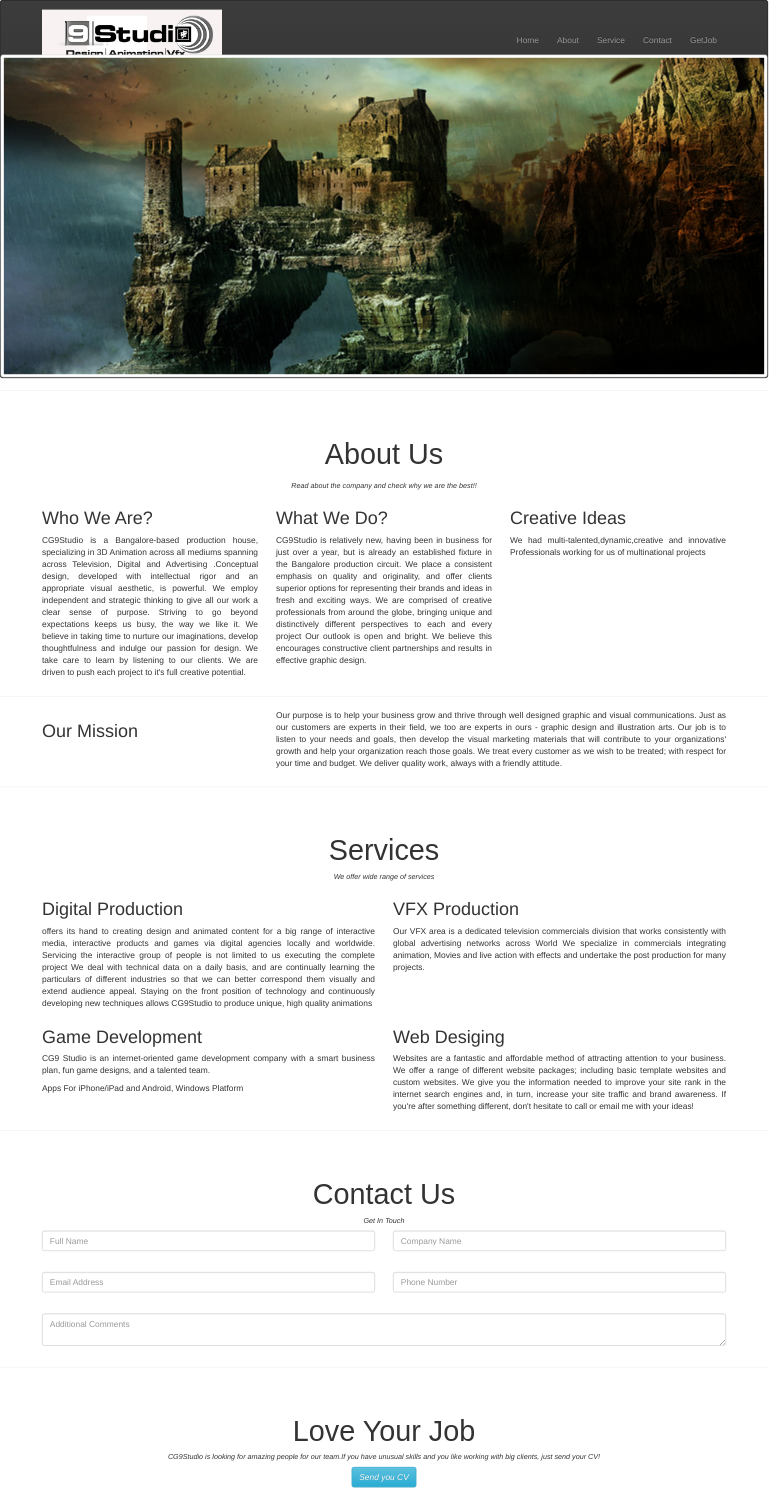
Repository: deepak6sp/BootstrapTheme1
Page: 9studio/WebContent/index.html
These files come from the project's save history. The page is drawn as it stood at one moment and after the next save; the edit follows.
The browser window is 1280 px wide. The page is 1295 px wide, so the pictures cover 1295 px, including what lies to the right of the window. The pictures show the whole page, at 60% of full size.
Some web libraries are served in a nearby version.

Above is the page before, as saved 2014-07-23 13:42:51.

### 9studio/WebContent/index.html
<!DOCTYPE html>
<html>
<head>
<meta charset="ISO-8859-1">
<title>Welcome To 9Studio</title>
<link rel="stylesheet" type="text/css" href="css/style.css">
<link rel="stylesheet" type="text/css" href="css/bootstrap.min.css">
<link rel="stylesheet" type="text/css" href="css/bootstrap-theme.min.css">
</head>
<body>
	<header class="navbar navbar-inverse">
		<div class="container">
			<div class="navbar-header">
				<a class="navbar-brand" href="#" title="9studio"><img src="images/logo.jpg"></a>
				<button class="navbar-toggle" data-toggle="collapse" data-target="#navheaderCollapse">
					<span class="icon-bar"></span>
			        <span class="icon-bar"></span>
			        <span class="icon-bar"></span>
	      		</button>
	      	</div>
	      	<br></br>
      		<div class="collapse navbar-collapse navbar-collapse-top" id="navheaderCollapse">
				<ul class="nav navbar-nav navbar-right" >
					<li><a href="#">Home</a></li>
					<li><a href="#about-us">About</a></li>
					<li><a href="#service">Service</a></li>
					<li><a href="#contact">Contact</a></li>
					<li><a href="#getjob">GetJob</a></li>
				</ul>
			</div>
		</div>
		<img src="images/home1.jpg" class="img-thumbnail">
	</header>
	<hr><br></br>
		<section id="about-us">
			<div class="container">
				<div class="row text-center"><h1>About Us</h1></div>
				<div class="row text-center"><h6>Read about the company and check why we are the best!!</h6></div>
			</div>
			<div class="container">
				<div class="row">
					<div class="col-md-4">
						<h2>Who We Are?</h2>
						<p class="text-justify">CG9Studio is a Bangalore-based production house, specializing in 3D Animation across all mediums spanning across Television,
						Digital and Advertising .Conceptual design, developed with intellectual rigor and an appropriate visual aesthetic, is powerful.
						We employ independent and strategic thinking to give all our work a clear sense of purpose. Striving to go beyond expectations
						keeps us busy, the way we like it. We believe in taking time to nurture our imaginations, develop thoughtfulness and indulge our
						passion for design. We take care to learn by listening to our clients. We are driven to push each project to it's full creative
						potential.</p>
					</div>
					<div class="col-md-4">
						<h2>What We Do?</h2>
						<p class="text-justify">CG9Studio is relatively new, having been in business for just over a year, but is already an established fixture in the Bangalore
						production circuit. We place a consistent emphasis on quality and originality, and offer clients superior options for representing
						their brands and ideas in fresh and exciting ways. We are comprised of creative professionals from around the globe, bringing unique
						and distinctively different perspectives to each and every project Our outlook is open and bright. We believe this encourages
						constructive client partnerships and results in effective graphic design.</p>
					</div>
					<div class="col-md-4">
						<h2>Creative Ideas</h2>
						<p class="text-justify"> We had multi-talented,dynamic,creative and innovative Professionals working for us of multinational projects</p>
					</div>
				</div>
			</div>
			<hr>
			<div class="container">
				<div class="row">
					<div class="col-md-4">
						<h2>Our Mission</h2>
					</div>
					<div class="col-md-8">
						<p class="text-justify">Our purpose is to help your business grow and thrive through well designed graphic and visual communications. Just as our
						customers are experts in their field, we too are experts in ours - graphic design and illustration arts. Our job is to listen
						to your needs and goals, then develop the visual marketing materials that will contribute to your organizations' growth and help
						your organization reach those goals. We treat every customer as we wish to be treated; with respect for your time and budget. We
						deliver quality work, always with a friendly attitude.
					</div>
				</div>
			</div>
		</section>

	<hr><br></br>
		<section id="service">
			<div class="container">
				<h1 class="row text-center">Services</h1>
				<h6 class="row text-center">We offer wide range of services</h6>
			</div>
			<div class="container">
				<div class="row">
					<div class="col-md-6">
						<h2>Digital Production</h2>
						<p class="text-justify"> offers its hand to creating design and animated content for a big range of interactive media, interactive products and games
						via digital agencies locally and worldwide.  Servicing the interactive group of people is not limited to us executing the complete
						project We deal with technical data on a daily basis, and are continually learning the particulars of different industries so that
						we can better correspond them visually and extend audience appeal. Staying on the front position of technology and continuously
						developing new techniques allows CG9Studio to produce unique, high quality animations</p>
					</div>
					<div class="col-md-6">
						<h2>VFX Production</h2>
						<p class="text-justify">Our VFX area is a dedicated television commercials division that works consistently with global advertising networks across
						World We specialize in commercials integrating animation, Movies and live action with effects and undertake the post production for
						many projects.</p>
					</div>
				</div>
			</div>
			<div class="container">
				<div class="row">
					<div class="col-md-6">
						<h2>Game Development</h2>
						<p class="text-justify">CG9 Studio is  an internet-oriented game development company with a smart business plan, fun  game designs, and a talented team.</P>
						<p class="text-justify">Apps For  iPhone/iPad and Android, Windows Platform</p>
					</div>
					<div class="col-md-6">
						<h2>Web Desiging</h2>
						<p class="text-justify">Websites are a fantastic and affordable method of  attracting attention to your business. We offer a range of different website
						packages; including basic template websites and custom websites. We give you the  information needed to improve your site rank in the
						internet search engines  and, in turn, increase your site traffic and brand awareness.  If you're  after something different, don't
						hesitate to call or email me with your ideas!</p>
					</div>
				</div>
			</div>
		</section>

	<hr><br></br>
		<section id="contact">
			<div class="container">
				<h1 class="row text-center">Contact Us</h1>
				<h6 class="row text-center">Get In Touch</h6>
			</div>
			<div class="container">
				<form class="row">
					<div class="col-md-6">
						<div class="form-group">
							<input type="text" class="form-control" placeholder="Full Name"/>
						</div>
						<br />
						<div class="form-group">
							<input type="email" class="form-control" placeholder="Email Address">
						</div>
						<br />
					</div>
					<div class="col-md-6">
						<div class="form-group">
							<input type="text" class="form-control" placeholder="Company Name">
						</div>
						<br />
						<div class="form-group">
							<input type="number" class="form-control" placeholder="Phone Number">
						</div>
						<br />
					</div>
					<div class="col-md-12">
						<div class="form-group">
							<textarea class="form-control" placeholder="Additional Comments"></textarea>
						</div>
					</div>
				</form>
			</div>
		</section>

	<hr><br></br>
		<section id="getjob">
			<div id="container">
				<div class="row text-center">
					<h1 >Love Your Job</h1>
					<h6 >CG9Studio is looking for amazing people for our team.If you have unusual skills and you like working with big clients, just send your CV!</h6>
					<h6 ><button type="button" class="btn btn-info">Send you CV</button></h6>
				</div>
			</div>
		</section>

	<script src="http://ajax.googleapis.com/ajax/libs/jquery/1.11.1/jquery.min.js"></script>
	<script src="js/bootstrap.min.js"></script>
	<script src="js/script.js"></script>
</body>
</html>

### 9studio/WebContent/css/style.css
@CHARSET "ISO-8859-1";

div h1{
	font-family:Arial,Helvetica,sans-serif;
	font-size:48px;
}

div h6{
	font-style:italic;
}

### 9studio/WebContent/js/script.js
$(document).ready(function(){
		$('a[href^="#"]').on('click',function (e) {
		    e.preventDefault();

		    var target = this.hash,
		    $target = $(target);

		    $('html, body').stop().animate({
		        'scrollTop': $target.offset().top
		    }, 900, 'swing', function () {
		        window.location.hash = target;
		    });
		});
	});

Loaded but not shown: 9studio/WebContent/css/bootstrap.min.css (library); 9studio/WebContent/css/bootstrap-theme.min.css (library); 9studio/WebContent/js/bootstrap.min.js (library)

After the next save:
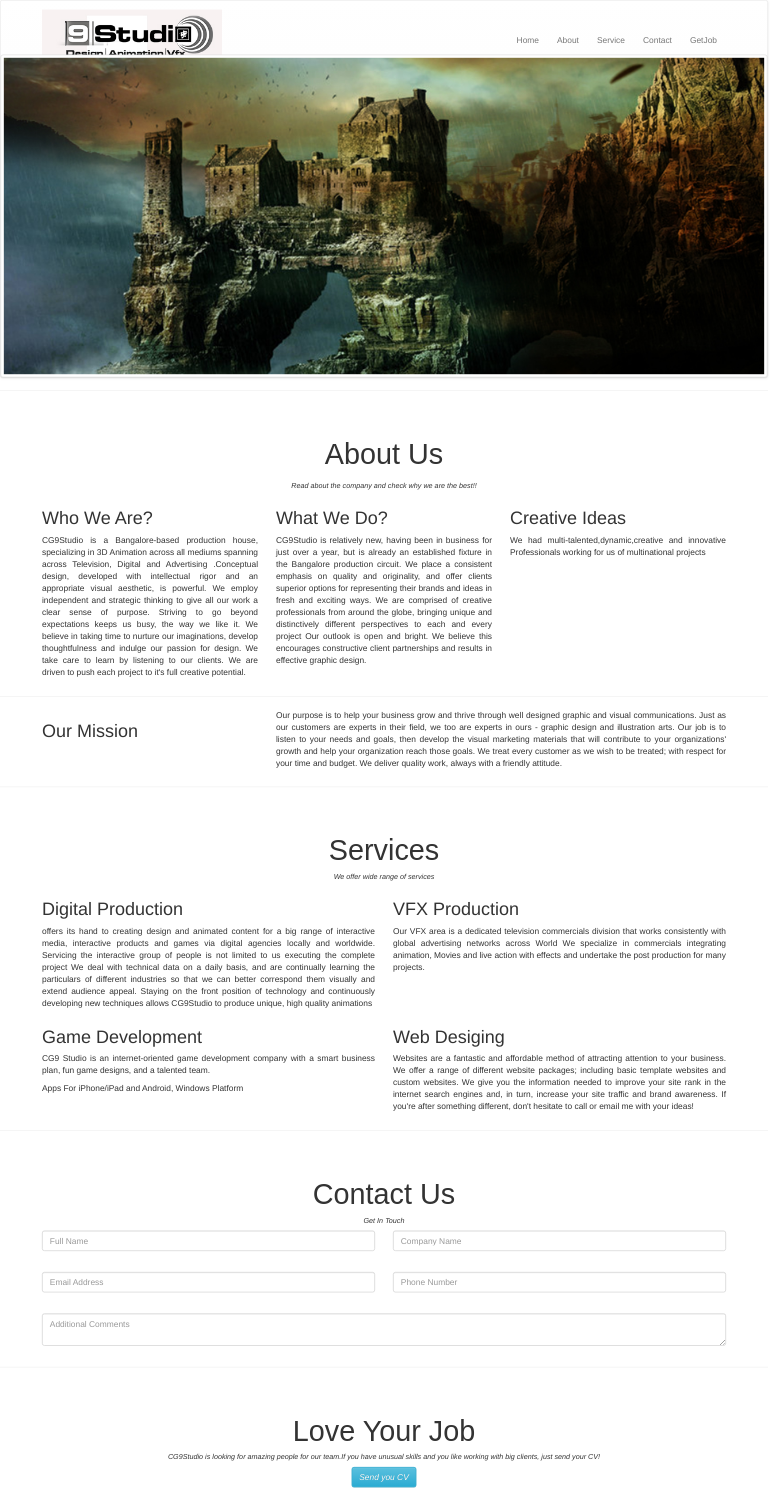
Saved 55 s later.
--- a/9studio/WebContent/index.html
+++ b/9studio/WebContent/index.html
@@ -8,7 +8,7 @@
 <link rel="stylesheet" type="text/css" href="css/bootstrap-theme.min.css">
 </head>
 <body>
-	<header class="navbar navbar-inverse">
+	<header class="navbar navbar-default">
 		<div class="container">
 			<div class="navbar-header">
 				<a class="navbar-brand" href="#" title="9studio"><img src="images/logo.jpg"></a>
